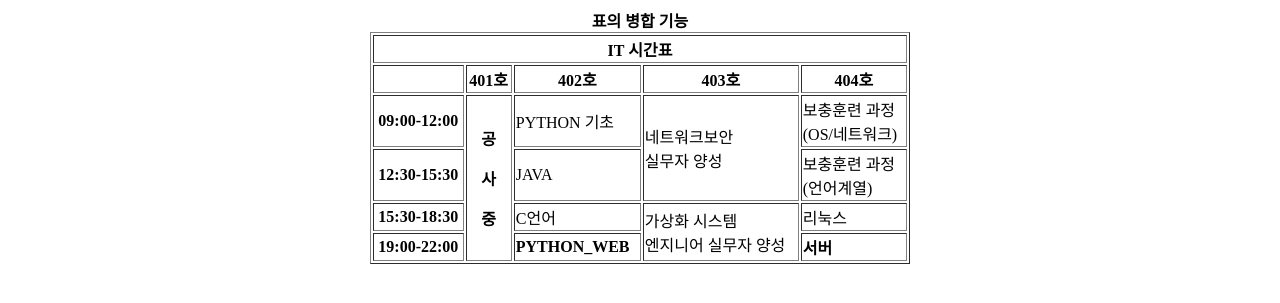
Repository: thswlsqls/JspWorkspace
Page: html/quiz_time.html
An editor plug-in stored every save of this project. The page is shown before and after the next save, followed by the edit.
The browser window is 1280 px wide. The pictures show the whole page.

Above is the page before, as saved 2021-04-09 08:54:45.

After the next save:
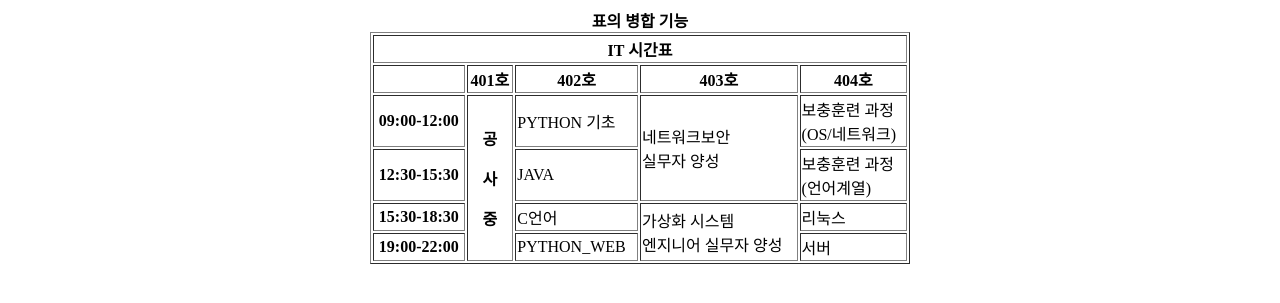
Saved 32 s later.
--- a/html/quiz_time.html
+++ b/html/quiz_time.html
@@ -23,7 +23,7 @@
 			<th align="center">15:30-18:30</th><th align="left" style="font-weight: 500">C언어</th><th rowspan="2" align="left" style="font-weight: 500">가상화 시스템<br>엔지니어 실무자 양성</th><th align="left" style="font-weight: 500">리눅스</th>
 		</tr>
 		<tr>
-			<th align="center">19:00-22:00</th><th align="left">PYTHON_WEB</th><th align="left">서버</th>
+			<th align="center">19:00-22:00</th><th align="left" style="font-weight: 500">PYTHON_WEB</th><th align="left" style="font-weight: 500">서버</th>
 		</tr>
 	</table>
 </body>
